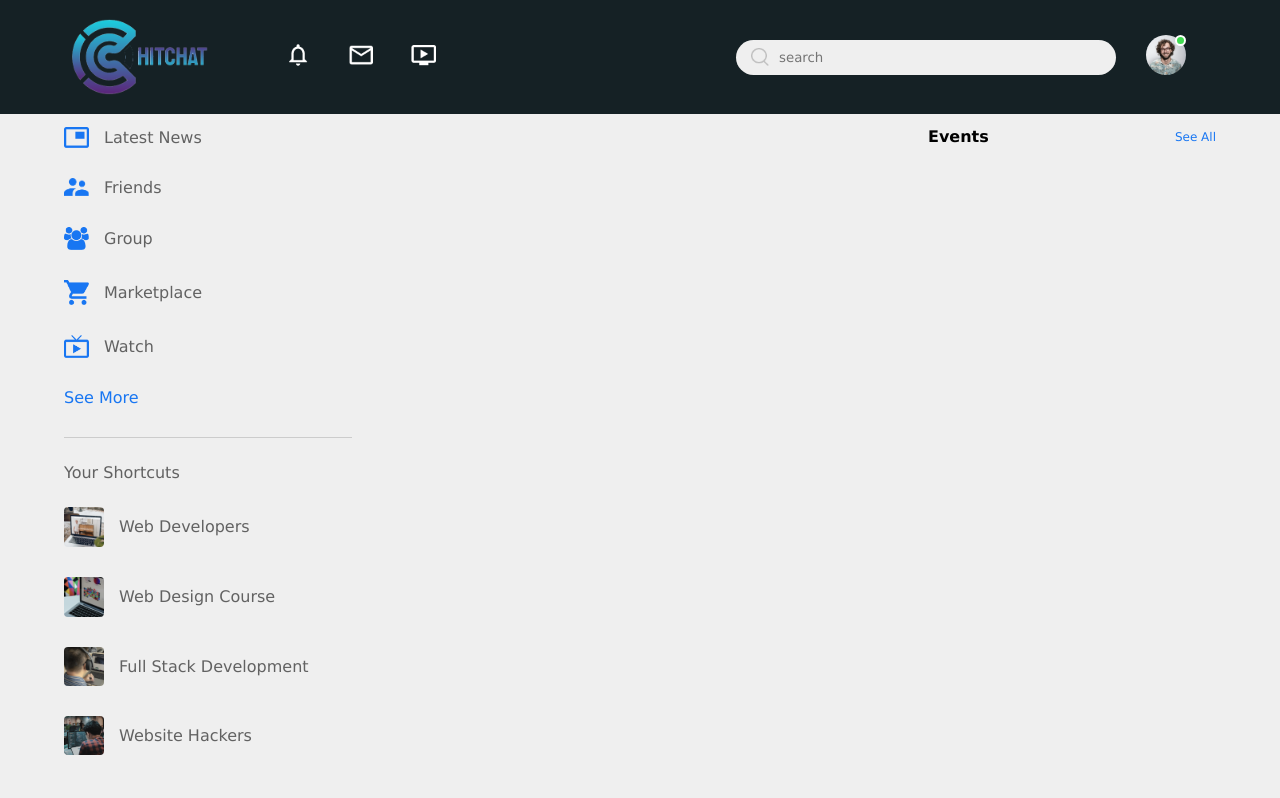
Repository: omarhasnain/ChitChat
Page: index.html
An editor plug-in stored every save of this project. The page is shown before and after the next save, followed by the edit.
The browser window is 1280 px wide. The pictures show the whole page.

Above is the page before, as saved 2021-07-11 16:43:44.

After the next save:
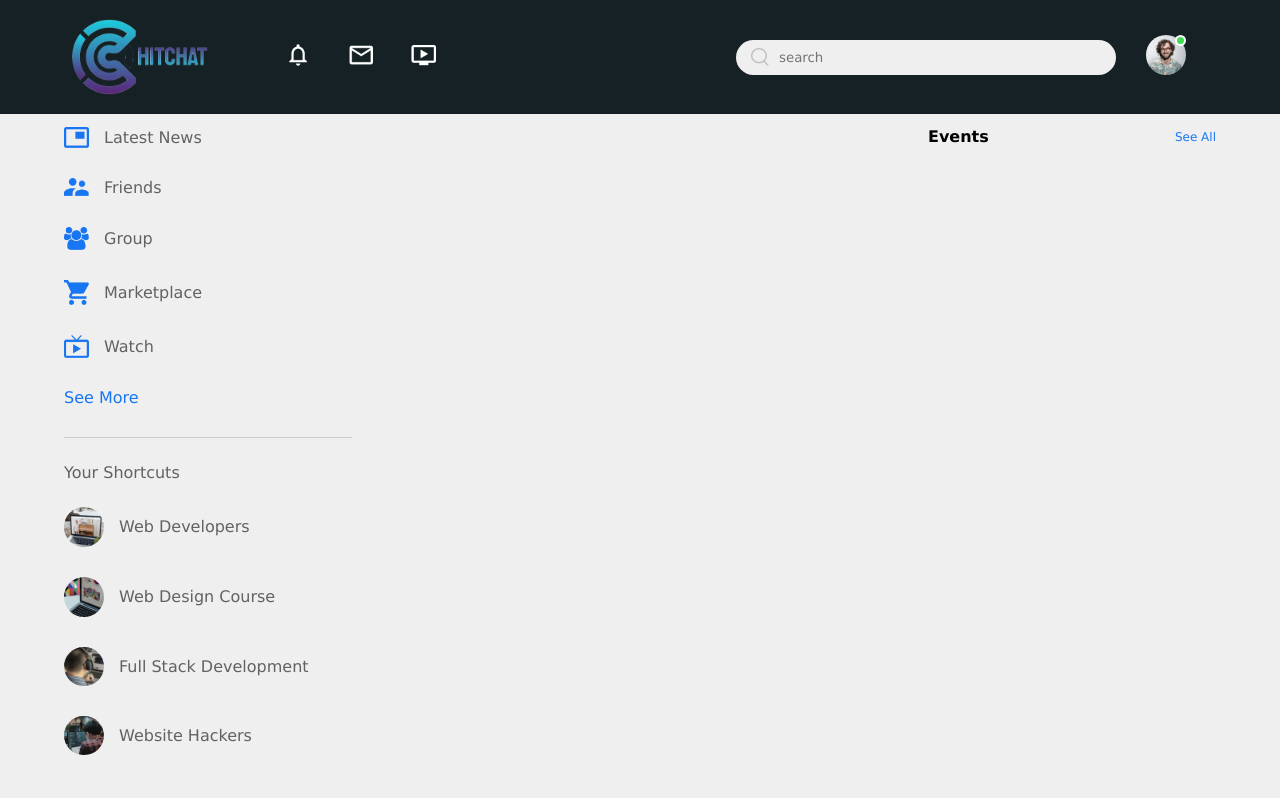
Saved 12 s later.
--- a/style.css
+++ b/style.css
@@ -140,7 +140,7 @@
 
 .shortcut-links a img {
     width: 40px;
-    border-radius: 4px;
+    border-radius: 100px;
     margin-right: 15px;
 }
 
